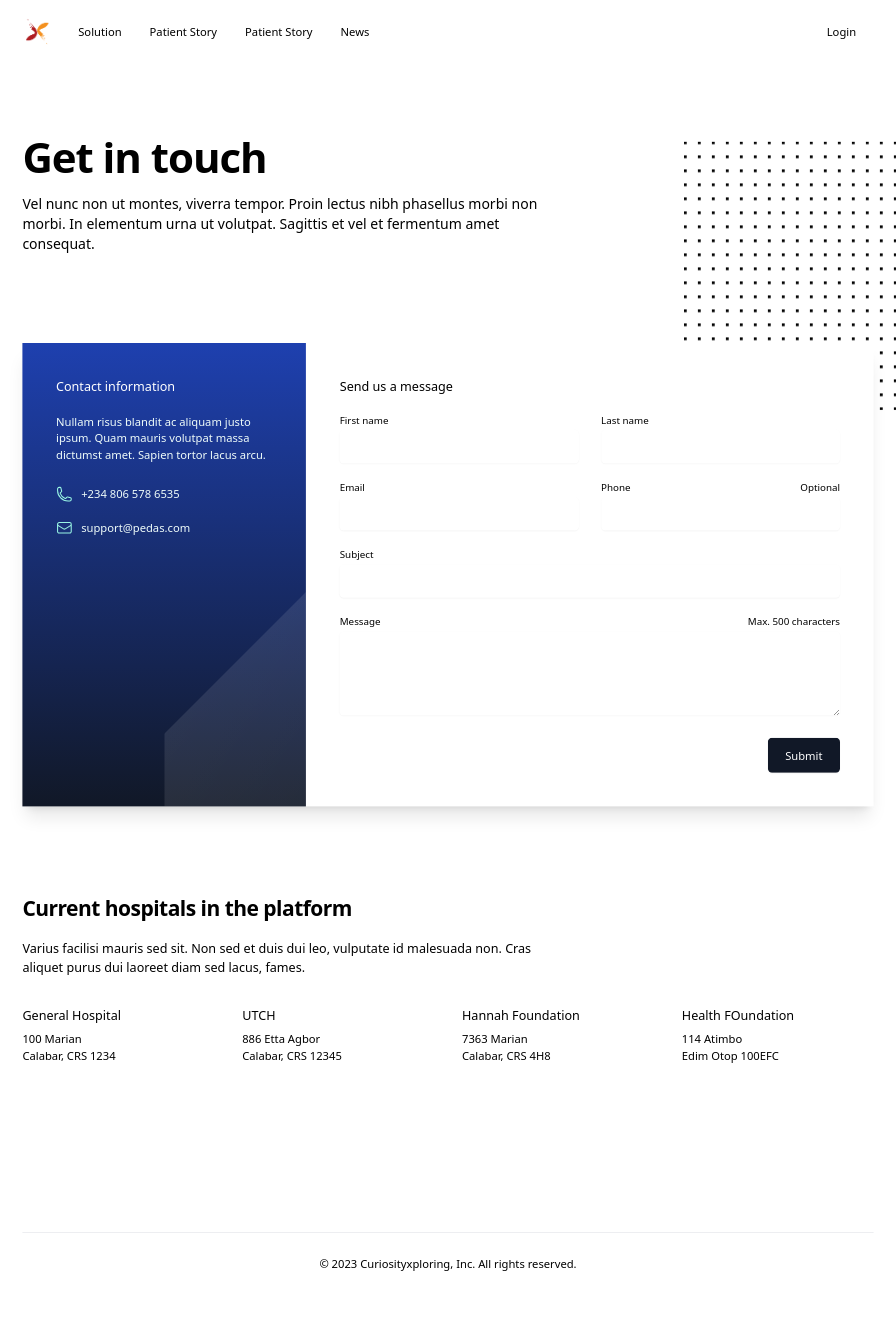
Repository: VinceBrun/medical-web3-app
Page: /contactus
An editor plug-in stored every save of this project. The page is shown before and after the next save, followed by the edit.
The browser window is 1280 px wide. The pictures show the whole page, at 70% of full size.
The project was rebuilt for these pictures with package versions that can differ from the ones it lists, and the page was loaded fresh each time. The framework's server and built-in components were replaced by stand-ins that run in the browser. Also part of the build but not shown: next.config.js.

Above is the page before, as saved 2023-01-16 19:14:49.

After the next save:
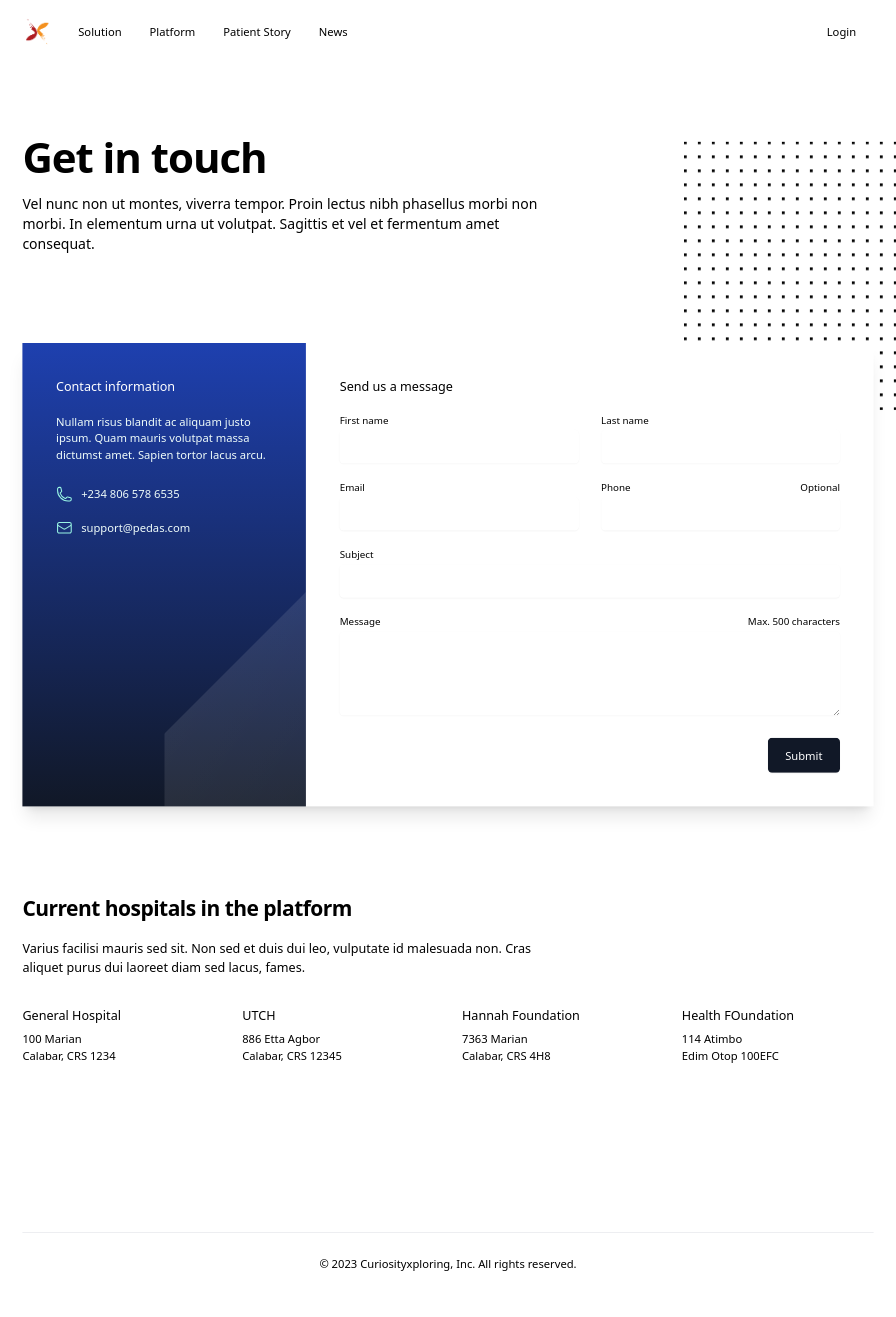
Saved 8 s later.
--- a/pages/contactus.js
+++ b/pages/contactus.js
@@ -10,7 +10,7 @@
 
 const navigation = [
   { name: "Solution", href: "#" },
-  { name: "Patient Story", href: "#" },
+  { name: "Platform", href: "#" },
   { name: "Patient Story", href: "#" },
   { name: "News", href: "#" },
 ];
